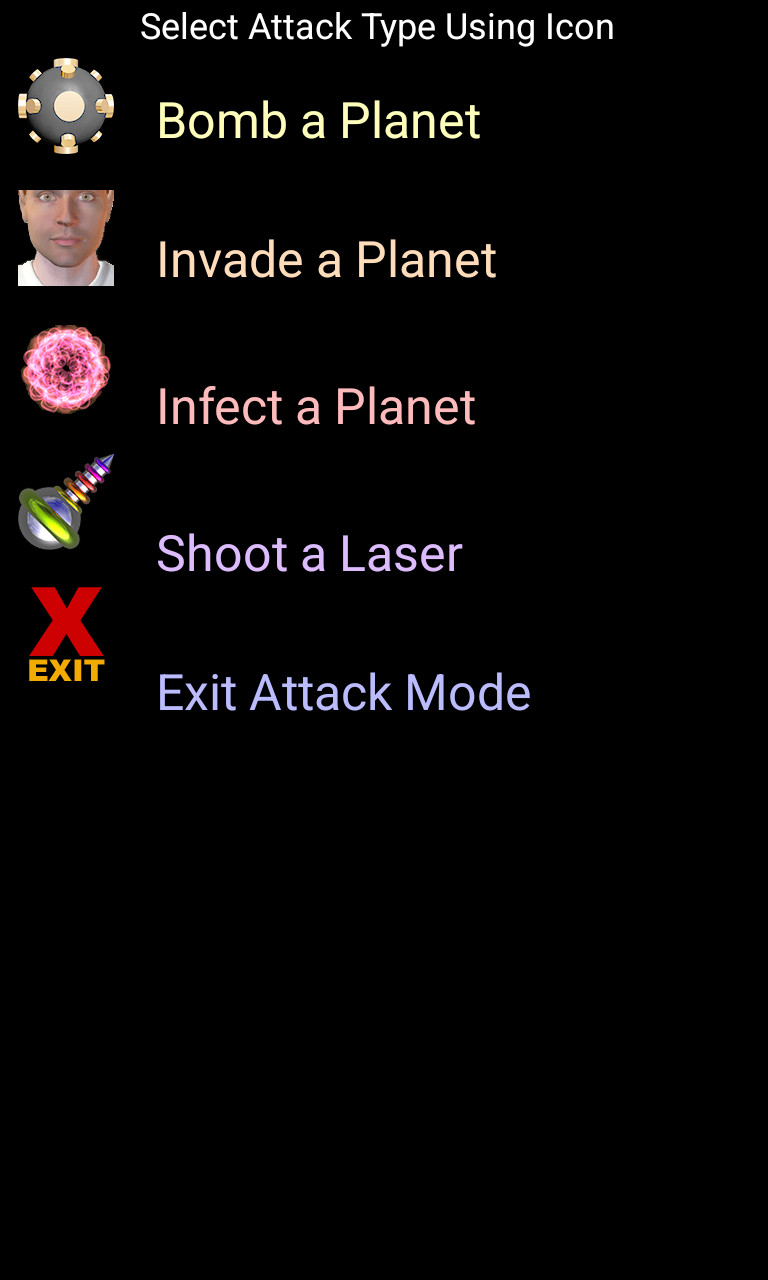
Repository: TimGirouard/tim-hobby-bucket
Layout: Android_Work/workspace/Hello_World/res/layout/activity_attack.xml
An editor plug-in stored every save of this project. The layout is shown before and after the next save, followed by the edit.
It is drawn on a 768 x 1280 px phone screen (xhdpi) without system bars, with theme AppTheme; the app's code is not run.

Above is the layout before, as saved 2014-01-18 22:56:36.

After the next save:
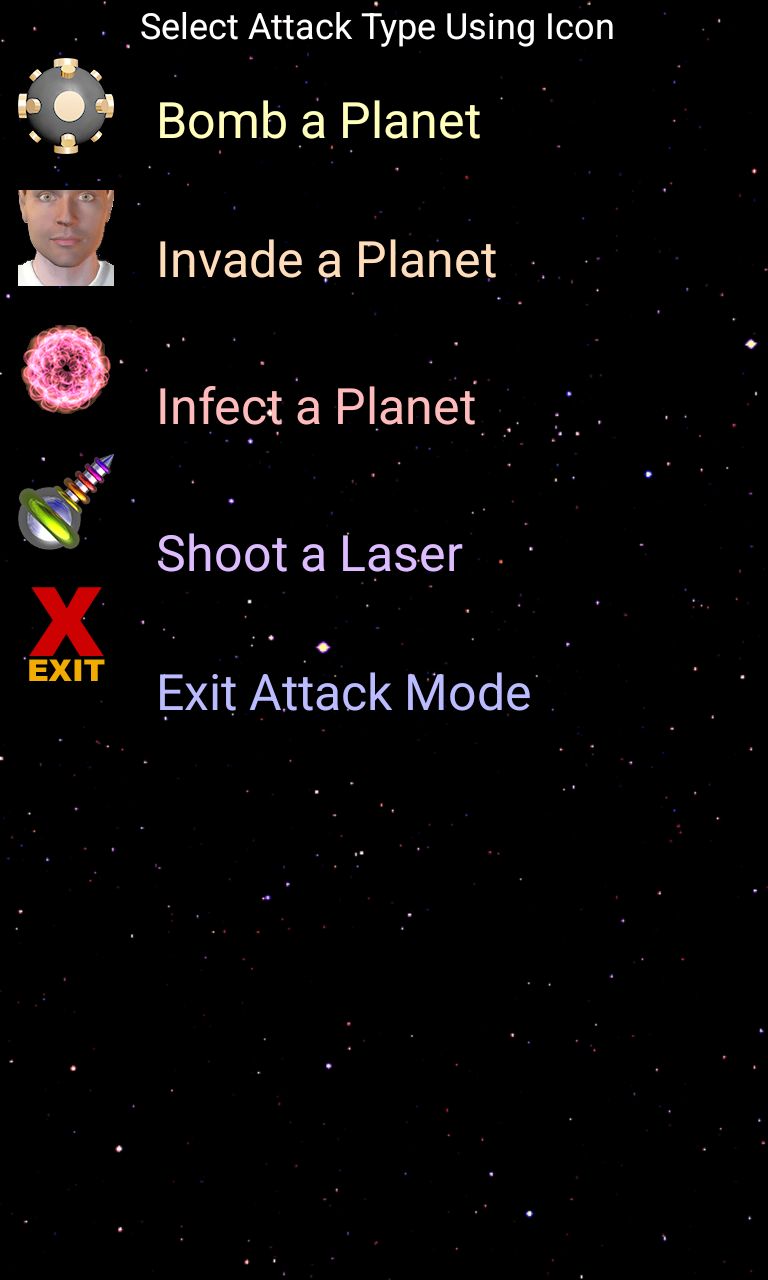
Saved 21 h 10 min later.
--- a/Android_Work/workspace/Hello_World/res/layout/activity_attack.xml
+++ b/Android_Work/workspace/Hello_World/res/layout/activity_attack.xml
@@ -3,7 +3,7 @@
     android:layout_width="match_parent"
     android:layout_height="match_parent"
     android:orientation="horizontal"
-    android:background="#000000" >
+    android:background="@drawable/stars" >
 
     <LinearLayout
         android:layout_width="70dp"
